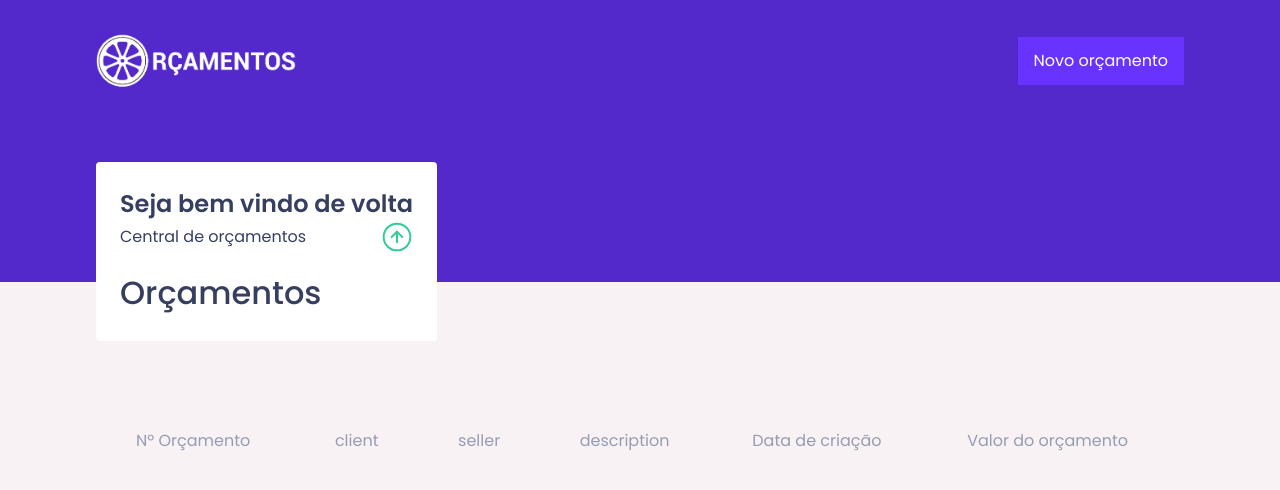
Repository: soualexandre/frentend-botOrcamentos
Page: /
An editor plug-in stored every save of this project. The page is shown before and after the next save, followed by the edit.
The browser window is 1280 px wide. The pictures show the whole page.
The page's requests for data from a server got no answer. The project was rebuilt for these pictures with package versions that can differ from the ones it lists, and the page was loaded fresh each time. No one was signed in, and anything a server would have sent is missing.

Above is the page before, as saved 2021-07-20 17:11:47.

### public/index.html
<!DOCTYPE html>
<html lang="en">
  <head>
    <link rel="preconnect" href="https://fonts.googleapis.com">
    <link rel="preconnect" href="https://fonts.gstatic.com" crossorigin>
    <meta charset="utf-8" />
    <meta name="viewport" content="width=device-width, initial-scale=1" />
    <link href="https://fonts.googleapis.com/css2?family=Poppins:wght@400;500;600&display=swap" rel="stylesheet">
    <link rel="stylesheet" href="favicon.png" type="image/png">
    <title>DtMoney</title>
  </head>
  <body>
    <noscript>You need to enable JavaScript to run this app.</noscript>
    <div id="root"></div>
  </body>
</html>

### src/App.tsx
import { Dashboard } from './components/Dashboard';
import { Header } from './components/Header';
import { GlobalStyle } from './styles/global';
import { ToastContainer } from 'react-toastify';
import 'react-toastify/dist/ReactToastify.css';
import Modal from 'react-modal'
import { useState } from 'react';
import {NewTransactionModal} from './components/NewTransactionModal'
import { TransacticionsProvider } from './hooks/useTransactions';
Modal.setAppElement('#root');

export function App() {

  const [isNewTransactionModalOpen, setIsNewTransactionModalOpen] = useState(false);

  function hadleOpenNewTransactionModal() {
    setIsNewTransactionModalOpen(true)
  }
  function hadleCloseNewTransactionModal() {
    setIsNewTransactionModalOpen(false)
  }

  return (
    <TransacticionsProvider>
      <ToastContainer />
      <Header onOpenNewTransactionModal={hadleOpenNewTransactionModal}/>
      <Dashboard />
      <NewTransactionModal
      isOpen={isNewTransactionModalOpen}
      onRequestClose={hadleCloseNewTransactionModal}/>
      <GlobalStyle />
    </TransacticionsProvider>
  );
}

### src/components/Dashboard/index.tsx
import { Sumary } from "../Sumary";
import { TransactionsTable } from "../transactionsTable";
import { Container } from "./styles";


export function Dashboard(){
    return(
       <Container>
          <Sumary/>
          <TransactionsTable />
       </Container>
    );
}

### src/components/Header/index.tsx
import LogoImg from '../../assets/logo.png'
import { Container, Content } from './styles'

interface HeaderProps{
    onOpenNewTransactionModal: () => void;
}


export function Header({onOpenNewTransactionModal} :HeaderProps ) {
    return (
        <Container>
            <Content>
                <img src={LogoImg} alt="dtMoney" />
                <button type="button" onClick={onOpenNewTransactionModal}>
                    Novo orçamento
                </button>
            </Content>
        </Container>
    );
}

### src/styles/global.ts
import { createGlobalStyle } from 'styled-components'


export const GlobalStyle = createGlobalStyle`

    :root{
        --background: #f8f2f5;

        --red: #e52e40;
        --blue: #5429cc;
        --green: #33cc95;
        --blue-light: #6933ff;

        --text-title: #363f5f;
        --text-body: #969cb3;

        --shape: #ffffff;

    }

    *{
        margin: 0;
        padding: 0;
        box-sizing: border-box;
    }
    html{
        @media (max-width: 1080px){
            font-size: 93.5%;
        }

    }

    body{
        background: var(--background);
        -webkit-font-smoothing: antialiased;
    }

    body, input, textarea, button{
        font-family: 'Poppins', sans-serif;
        font-weight: 400;
    }

    h1, h2, h3, h4, h5, h6, strong{
        font-weight: 600;
    }

    button{
        cursor: pointer;
    }
    [disable]{
        opacity: 0.6;
        cursor: not-allowed;
    }



    .react-modal-overlay{
        background: rgba(0, 0, 0, 0.3);
        position: fixed;
        top: 0;
        bottom: 0;
        right: 0;
        left: 0;

        display: flex;
        justify-content: center;
        align-items: center;
    }
    .react-modal-content{
        width: 100%;
        max-width: 576px;
        background: var(--background);
        padding: 3rem;
        position: relative;
        border-radius: 0.25rem;
    }
    .react-modal-close{
        position: absolute;
        right: 1.5rem;
        top: 1.5rem;
        border: 0;
        background: transparent;
        transition: filter 0.2s;
        &:hover{
            filter: brightness(0.8);
        }
    }
`;

### src/components/NewTransactionModal/index.tsx
import Modal from 'react-modal'
import { FormEvent, useState } from 'react'
import { Container, TransactionsTypeContainer, RadioBox } from './styles'
import closeImg from '../../assets/close.svg'
import { useTransactions } from '../../hooks/useTransactions';

interface NewTransactionModalProps {
    isOpen: boolean;
    onRequestClose: () => void;
}



export function NewTransactionModal({ isOpen, onRequestClose }: NewTransactionModalProps) {
    const {createTransaction} = useTransactions();

    const [client, setClient] = useState('');
    const [seller, setSeller] = useState('');
    const [description, setDescription] = useState('');
    const [budget_amount, setValueBudget] = useState(0);

     async function handleCreateNewTransaction(event: FormEvent) {
        event.preventDefault();
        await createTransaction({
          client,
          seller,
          description,
          budget_amount,
      })
      setClient('');
      setSeller('');
      setDescription('');
      setValueBudget(0);
      onRequestClose();
    }
    return (
        <Modal
            isOpen={isOpen}
            onRequestClose={onRequestClose}
            overlayClassName="react-modal-overlay"
            className="react-modal-content"
        >
            <button
                type="button"
                onClick={onRequestClose}
                className="react-modal-close">
                <img src={closeImg} alt="fechar modal" />
            </button>

            <Container >
                <h2>Criar orçamento</h2>
                <input
                    placeholder="Cliente"
                    onChange={ (e) => setClient(e.target.value)}
                />

                <input
                    type="text"
                    placeholder="Vendedor"
                    onChange={ (e) => setSeller(e.target.value)}
                />
                <input
                    type="number"
                    placeholder="Valor da orçamento"
                    onChange={ (e) => setValueBudget(Number(e.target.value))}

                />
                <textarea
                placeholder="Descrição do orçamento"
                onChange={ (e) => setDescription(e.target.value)}
                />


                <button type="submit" onClick={handleCreateNewTransaction} >
                    Cadastrar
                </button>


            </Container>

        </Modal>
    );
}

### src/hooks/useTransactions.tsx
import {createContext, useEffect, useState, ReactNode, useContext} from 'react';
import { api } from "../services/api";
import { toast } from 'react-toastify';


interface Transaction {
    id: number;
    client: string;
    seller: string;
    description: string;
    created_at: string;
    budget_amount: number;
}
interface TransactionsContextData{
    transactions: Transaction[];
    createTransaction: (transaction:TransactionInput) => Promise<void>;
    deleteTransaction: (productId: number) => void;
}

type TransactionInput = Omit<Transaction, 'id' | 'created_at'>;

interface TrabsactionsProviderProps{
    children: ReactNode;
}
 const TransactionsContext = createContext<TransactionsContextData>(
    {} as TransactionsContextData
    );


export function TransacticionsProvider({children} : TrabsactionsProviderProps){
    const [transactions, setTransactions] = useState<Transaction[]>([]);


   async function createTransaction(transactionInput: TransactionInput){
      const response = await api.post('/budget/create', {
        ...transactionInput,
    })
    console.log(response.data)
    setTransactions([
        response.data,
        ...transactions
    ])

    }
    async function deleteTransaction(productId: number){
       const response =  await api.delete(`/budget/delete/${productId}`)
        setTransactions(response.data)
        toast.success('Orçamento removido com sucesso');
    }

    useEffect(() => {
        api.get('budget')
            .then(response => setTransactions(response.data))
    },[])

    return (
        <TransactionsContext.Provider value={{transactions, createTransaction, deleteTransaction}}>
            {children}
        </TransactionsContext.Provider>
    );
}

export function useTransactions(){
    const context = useContext(TransactionsContext);
    return context;
}

### src/components/Sumary/index.tsx
import { Container } from './styles'
import iconImg from '../../assets/income.svg'

export function Sumary() {


    return (
        <Container>
            <div>
                    <h2>
                        Seja bem vindo de volta
                    </h2>
                <header>
                    <p>Central de orçamentos</p>
                    <img src={iconImg} alt=" icon" />
                </header>
                <strong>
                    Orçamentos
                </strong>
            </div>
        </Container >
    );
}

### src/components/transactionsTable/index.tsx
import { useTransactions } from "../../hooks/useTransactions";
import { Container } from './styles'
import DeleteImg from '../../assets/delete.svg'
import viewImg from '../../assets/view.svg'
import EditImg from '../../assets/edit.svg'

export function TransactionsTable() {
    const { transactions, deleteTransaction } = useTransactions();

    async function handleCreateNewTransaction(id: number) {
        deleteTransaction(id);
    }


    return (
        <Container>
            <table>
                <thead>
                    <tr>
                        <th>Nº Orçamento</th>
                        <th>client</th>
                        <th>seller</th>
                        <th>description</th>
                        <th>Data de criação</th>
                        <th>Valor do orçamento</th>
                    </tr>
                </thead>
                <tbody>
                    {transactions.map(transaction => (
                        <tr key={transaction.id}>
                            <td>{transaction.id}</td>
                            <td>{transaction.client}</td>
                            <td>
                                {transaction.seller}
                            </td>
                            <td >{transaction.description}</td>
                            <td>{
                                new Intl.DateTimeFormat('pt-BR').format(
                                    new Date(transaction.created_at)
                                )}
                            </td>
                            <td>
                                {new Intl.NumberFormat('pt-BR', {
                                    style: 'currency',
                                    currency: 'BRL',
                                }).format(transaction.budget_amount)}
                            </td>
                            <td>

                                <div className="optionsIncons">
                                    <img src={viewImg} alt="Deletar orçamento" onClick={() => handleCreateNewTransaction(transaction.id)}></img>
                                    <img src={EditImg} alt="Deletar orçamento" onClick={() => handleCreateNewTransaction(transaction.id)}></img>
                                    <img src={DeleteImg} alt="Deletar orçamento" onClick={() => handleCreateNewTransaction(transaction.id)}></img>
                                </div>
                            </td>
                        </tr>
                    ))}
                </tbody>
            </table>
        </Container>
    );
}

### src/components/Dashboard/styles.ts
import styled from 'styled-components'

export const Container = styled.header`
    max-width: 1120PX;
    margin:0 auto;
    padding: 2.5rem 1rem;



`;

### src/components/Header/styles.ts
import styled from 'styled-components'

export const Container = styled.header`
    background: var(--blue);

`;
export const Content = styled.header`
    background: var(--blue);
    max-width: 1120px;
    margin: 0 auto;
    padding: 2rem 1rem 12rem;

    display: flex;
    align-items: center;
    justify-content: space-between;
    button{
        font-size: 1rem;
        color: #fff;
        background: var(--blue-light);
        border: 0;
        padding:0.2rem;
        padding-left: 1rem;
        padding-right: 1rem;
        height: 3rem;

        transition: filter 0.2s;
        &:hover{
            filter: brightness(0.9);
        }

    }
    img{
        width: 200px;
    }
`;

### src/components/NewTransactionModal/styles.ts
import styled from 'styled-components'
import { darken, transparentize } from 'polished';

export const Container = styled.form`
        h2{
            color: var(--text-title);
            font-size: 1.5rem;
            margin-bottom: 2rem;
        }

        input{
            width: 100%;
            padding: 0 1.5rem;
            height: 4rem;
            border-radius: 0.25rem;
            border: 1px solid #d7d7d7;
            background: #e7e9ee;
            font-weight: 400;
            font-size: 1rem;

            &::placeholder{
                color: vat(--text-body);

            }
            & + input {
                margin-top: 1rem;
            }
        }
        textarea{
            width: 100%;
            padding: 1rem 1.5rem;
            height: 8rem;
            border-radius: 0.25rem;
            border: 1px solid #d7d7d7;
            background: #e7e9ee;
            font-weight: 400;
            font-size: 1rem;
            margin-top: 1rem;
        }
        button[type="submit"]{
            width: 100%;
            padding: 0 1.3rem;
            height: 4rem;
            background: var(--green);
            color: #fff;
            border-radius: 0.25rem;
            border: 0;
            font-size: 1rem;
            margin-top: 1.5rem;
            font-weight: 600;
            transition: filter 0.2s;
            &:hover{
                filter: brightness(0.9)
            }
        }


`;

export const TransactionsTypeContainer = styled.div`

        margin: 1rem 0;
        display: grid;
        grid-template-columns: 1fr 1fr;
        gap: 0.5rem;


`;

interface RadioBoxProps{
    isActive: boolean;
    activeColor: 'green' | 'red';
}
const colors ={
    green: '#33cc95',
    red: '#e52e40',
}

export const RadioBox = styled.button<RadioBoxProps>`
    height: 4rem;
            border: 1px solid #d2d2d2;
            border-radius: 0.25rem;

            background: ${(props) => props.isActive
            ? transparentize(0.9, colors[props.activeColor])
            : 'transparent'
            };


            display: flex;
            align-items: center;
            justify-content:center;
            transition: border-color 0.2s;

            &:hover{
                border-color: ${darken(0.2, '#000')};
            }

            img{
                height: 20px;
                width: 20px;
            }
            span{
                display: inline-block;
                margin: 1rem;
                font-size: 1rem;
                color: var(--text-title);
            }
`;

### src/services/api.ts
import axios from 'axios';

export const api = axios.create({
    baseURL: 'http://localhost:8000/api',
})

### src/components/Sumary/styles.ts
import styled from 'styled-components'


export const Container = styled.div`
    display: grid;
    grid-template-columns: repeat(3,1fr);
    gap: 2rem;
    margin-top: -10rem;

div{
    background: var(--shape);
    padding: 1.5rem;
    border-radius: 0.25rem;
    color: var(--text-title);

    &.highlightBackground{
        background: #33cc95;
        color: #fff;
    }
    header{
        display: flex;
        align-items: center;
        justify-content: space-between;
    }

    strong{
        display: block;
        margin-top: 1rem;
        font-size: 2rem;
        line-height: 3rem;
        font-weight: 500;
    }

}
`;

### src/components/transactionsTable/styles.ts
import styled from "styled-components";

export const Container = styled.div`
  margin-top: 4rem;
  table {
    width: 100%;
    border-spacing: 0.5rem;
    th {
      color: var(--text-body);
      font-weight: 400;
      padding: 1rem 2rem;
      text-align: left;
      line-height: 1.5rem;
    }
    td {
      padding: 1rem 2rem;
      border: 0;
      background: var(--shape);
      color: var(--text-body);
      border-radius: 0.25rem;

      &.first-child {
        color: var(--text-title);
      }

        img {
          width: 1.5rem;
          height: 1.5rem;
      }
    }

  }
 div{
  display: flex;
  justify-content:center;
  align-items: center;
  gap: 1rem;
  }


`;

Loaded but not shown: src/index.tsx (common file)

After the next save:
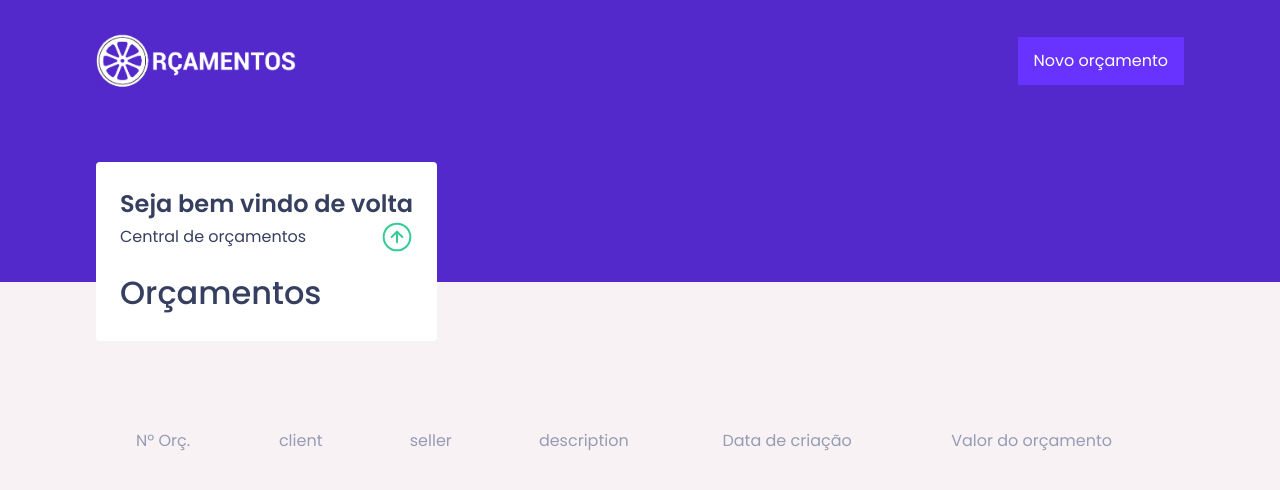
Saved 36 s later.
--- a/src/components/transactionsTable/index.tsx
+++ b/src/components/transactionsTable/index.tsx
@@ -17,7 +17,7 @@
             <table>
                 <thead>
                     <tr>
-                        <th>Nº Orçamento</th>
+                        <th>Nº Orç.</th>
                         <th>client</th>
                         <th>seller</th>
                         <th>description</th>
